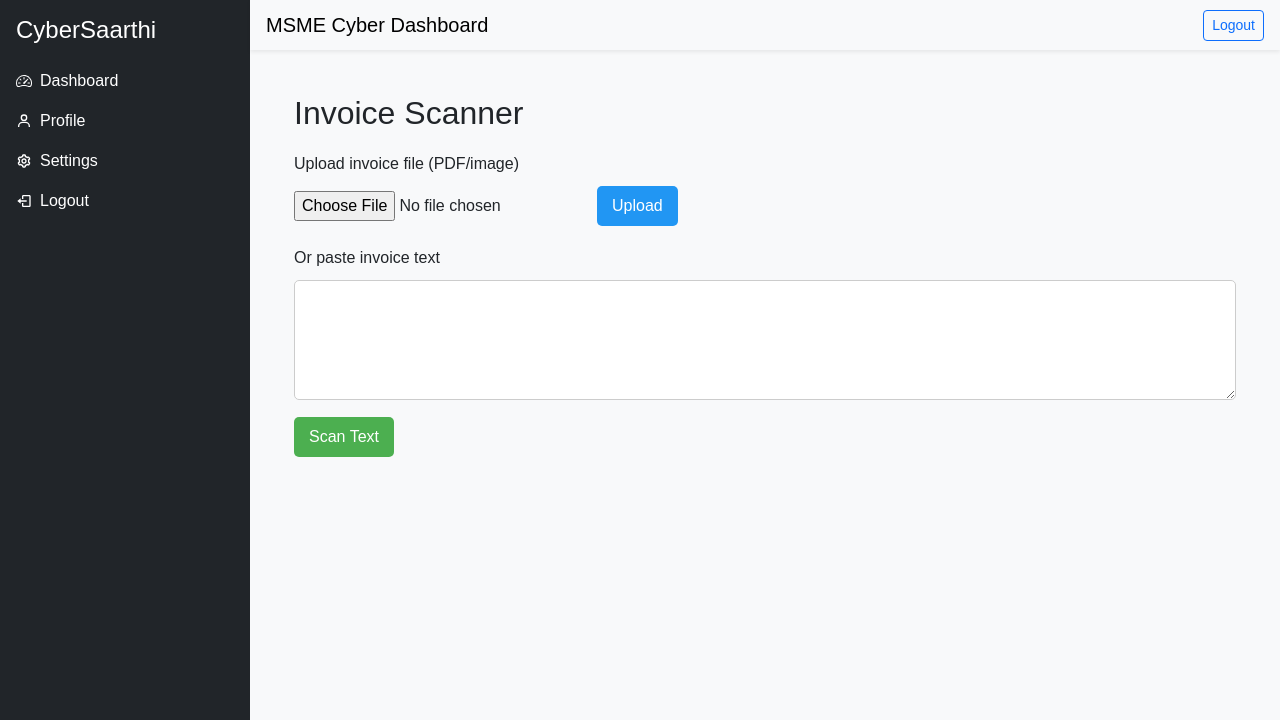
Repository: riyaaaa19/CyberSaarthi
Page: /invoice (app in frontend/)
An editor plug-in stored every save of this project. The page is shown before and after the next save, followed by the edit.
The browser window is 1280 px wide. The pictures show the whole page.
The project was rebuilt for these pictures with package versions that can differ from the ones it lists, and the page was loaded fresh each time. Also part of the build but not shown: frontend/vite.config.ts, frontend/src/pages/Dashboard.js, frontend/src/pages/Reports.js, frontend/src/pages/Settings.js, frontend/src/pages/Scanner.js.

Above is the page before, as saved 2025-08-20 23:32:26.

After the next save:
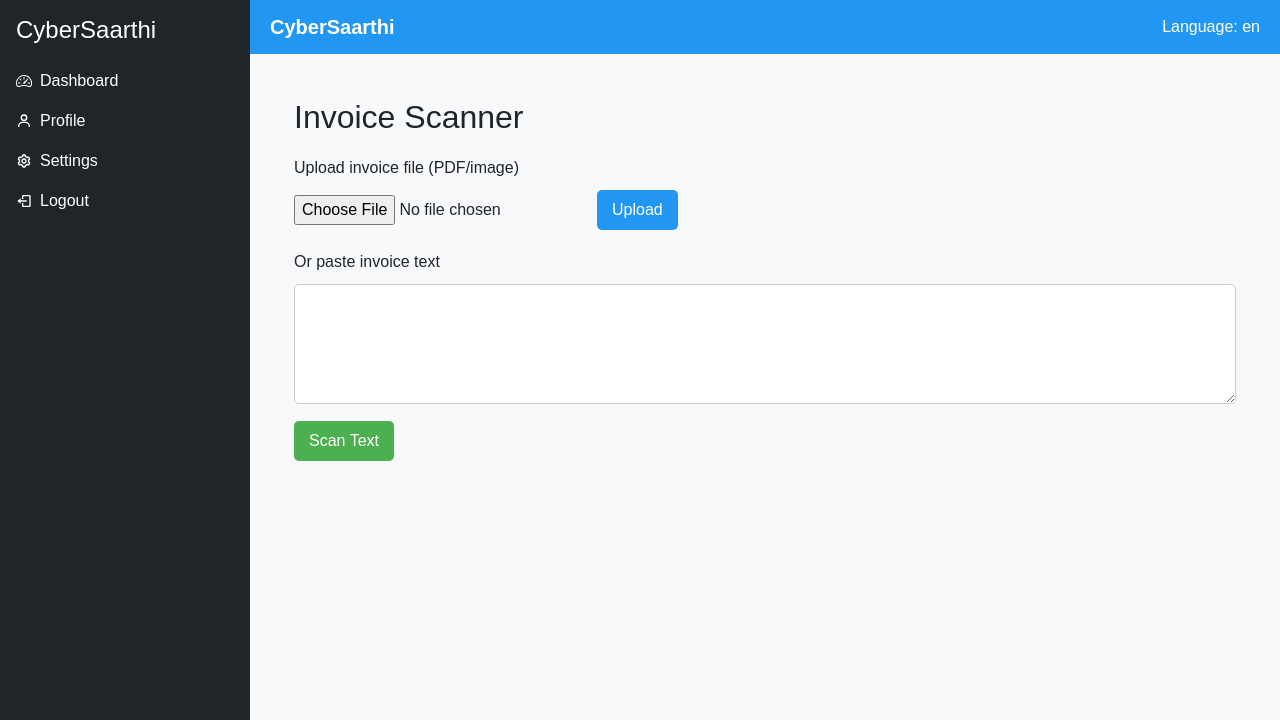
Saved 101 s later.
--- a/frontend/src/components/Navbar.js
+++ b/frontend/src/components/Navbar.js
@@ -1,10 +1,25 @@
 import React from "react";
+import { t } from "../i18n";
 
 function Navbar() {
+  const barStyle = {
+    display: "flex",
+    justifyContent: "space-between",
+    alignItems: "center",
+    padding: "12px 20px",
+    background: "#2196f3",
+    color: "white",
+    position: "sticky",
+    top: 0,
+    zIndex: 1000
+  };
+
+  const brandStyle = { fontSize: "20px", fontWeight: "bold" };
+
   return (
-    <nav className="navbar navbar-light bg-light px-3 shadow-sm">
-      <span className="navbar-brand mb-0 h5">MSME Cyber Dashboard</span>
-      <button className="btn btn-sm btn-outline-primary">Logout</button>
+    <nav style={barStyle}>
+      <div style={brandStyle}>CyberSaarthi</div>
+      <div>{t("settings.lang")}: {localStorage.getItem("LANG") || "en"}</div>
     </nav>
   );
 }
